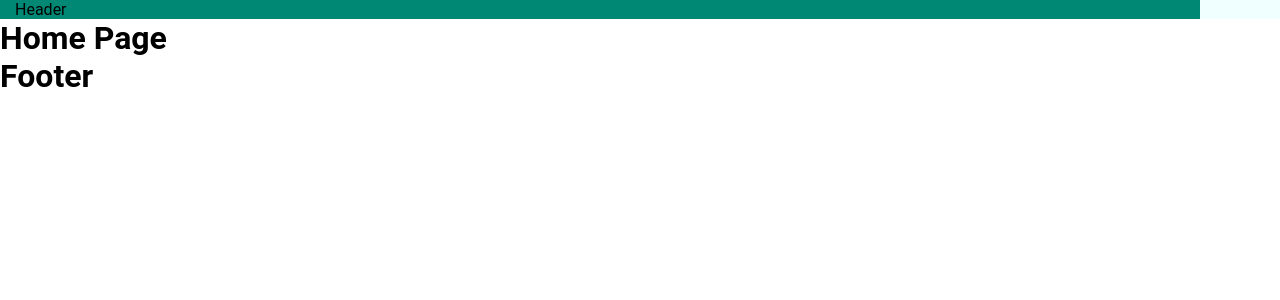
Repository: anhcanh1007/show_product
Page: /
The author's editor kept a copy of each file at every save. The page is drawn from the files as they stood at one save, then again after the next save.
The browser window is 1280 px wide. The pictures show the whole page.
The project was rebuilt for these pictures with package versions that can differ from the ones it lists, and the page was loaded fresh each time. Imported but missing from the stored project, and not drawn on this page: src/pages/user/profilePage.

Above is the page before, as saved 2024-01-25 01:31:53.

### src/index.js
import React from "react";
import ReactDOM from "react-dom/client";
import { BrowserRouter } from "react-router-dom";
import RouterCustom from "./router";
import "./style/style.scss";

const root = ReactDOM.createRoot(document.getElementById("root"));
root.render(
  <BrowserRouter>
    <RouterCustom />
  </BrowserRouter>
);

// If you want to start measuring performance in your app, pass a function
// to log results (for example: reportWebVitals(console.log))
// or send to an analytics endpoint. Learn more: https://bit.ly/CRA-vitals

### src/router.js
import { ROUTERS } from "./utils/router";
import HomePage from "./pages/user/homePage";
import ProfilePage from "./pages/user/profilePage";
import { Route, Routes } from "react-router-dom";
import MasterLayout from "./pages/user/theme/masterLayout";

const renderUserRouter = () => {
  const userRouters = [
    {
      path: ROUTERS.USER.HOME,
      component: <HomePage />,
    },
    {
      path: ROUTERS.USER.PROFILE,
      component: <ProfilePage />,
    },
  ];

  return (
    <MasterLayout>
      <Routes>
        {userRouters.map((item, key) => (
          <Route key={key} path={item.path} element={item.component} />
        ))}
      </Routes>
    </MasterLayout>
  );
};

const RouterCustom = () => {
  return renderUserRouter();
};

export default RouterCustom;

### src/style/style.scss
@import './pages/all';

### src/utils/router.js
export const ROUTERS = {
  USER: {
    HOME: "",
    PROFILE: "thong-tin-ca-nhan",
  },
};

### src/pages/user/homePage/index.js
import { memo } from "react";

const HomePage = () => {
  return <h1>Home Page</h1>;
};

export default memo(HomePage);

### src/pages/user/theme/masterLayout/index.js
import { memo } from "react";
import Header from "../header";
import Footer from "../footer";

const MasterLayout = ({ children, ...props }) => {
  return (
    <div {...props}>
      <Header />
      {children}
      <Footer />
    </div>
  );
};

export default memo(MasterLayout);

### src/style/pages/_all.scss
@use "sass:map";
@import './theme';

html, body {
    margin: 0;
}

* {
    font-family: Roboto;
    padding: 0;
    margin: 0;
}

.container {
    max-width: 1170px;
    width: 100%;
    padding-left: 15px;
    padding-right: 15px;
    background: map.get($theme-colors, "main");
}

### src/style/pages/_theme.scss
$theme-colors : (
    "main" : #008874,
)

### src/pages/user/theme/header/index.js
import { memo } from "react";
import "./style.scss";

const Header = () => {
  return (
    <>
      <div className="header__top">
        <div className="container">Header</div>
      </div>
    </>
  );
};

export default memo(Header);

### src/pages/user/theme/footer/index.js
import { memo } from "react";

const Footer = () => {
  return (
    <>
      <h1>Footer</h1>
    </>
  );
};

export default memo(Footer);

### src/pages/user/theme/header/style.scss
.header__top{
    background-color: azure;
}

Loaded but not shown: public/index.html (common file)

After the next save:
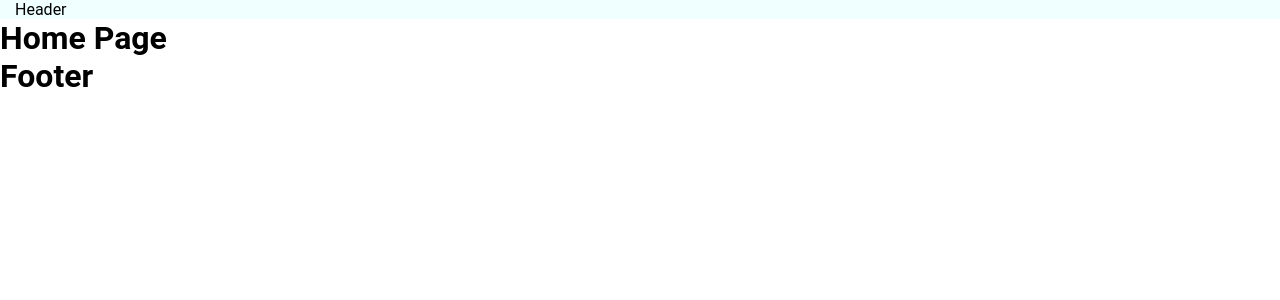
Saved 14 s later.
--- a/src/style/pages/_all.scss
+++ b/src/style/pages/_all.scss
@@ -16,5 +16,5 @@ html, body {
     width: 100%;
     padding-left: 15px;
     padding-right: 15px;
-    background: map.get($theme-colors, "main");
+    // background: map.get($theme-colors, "main");
 }
